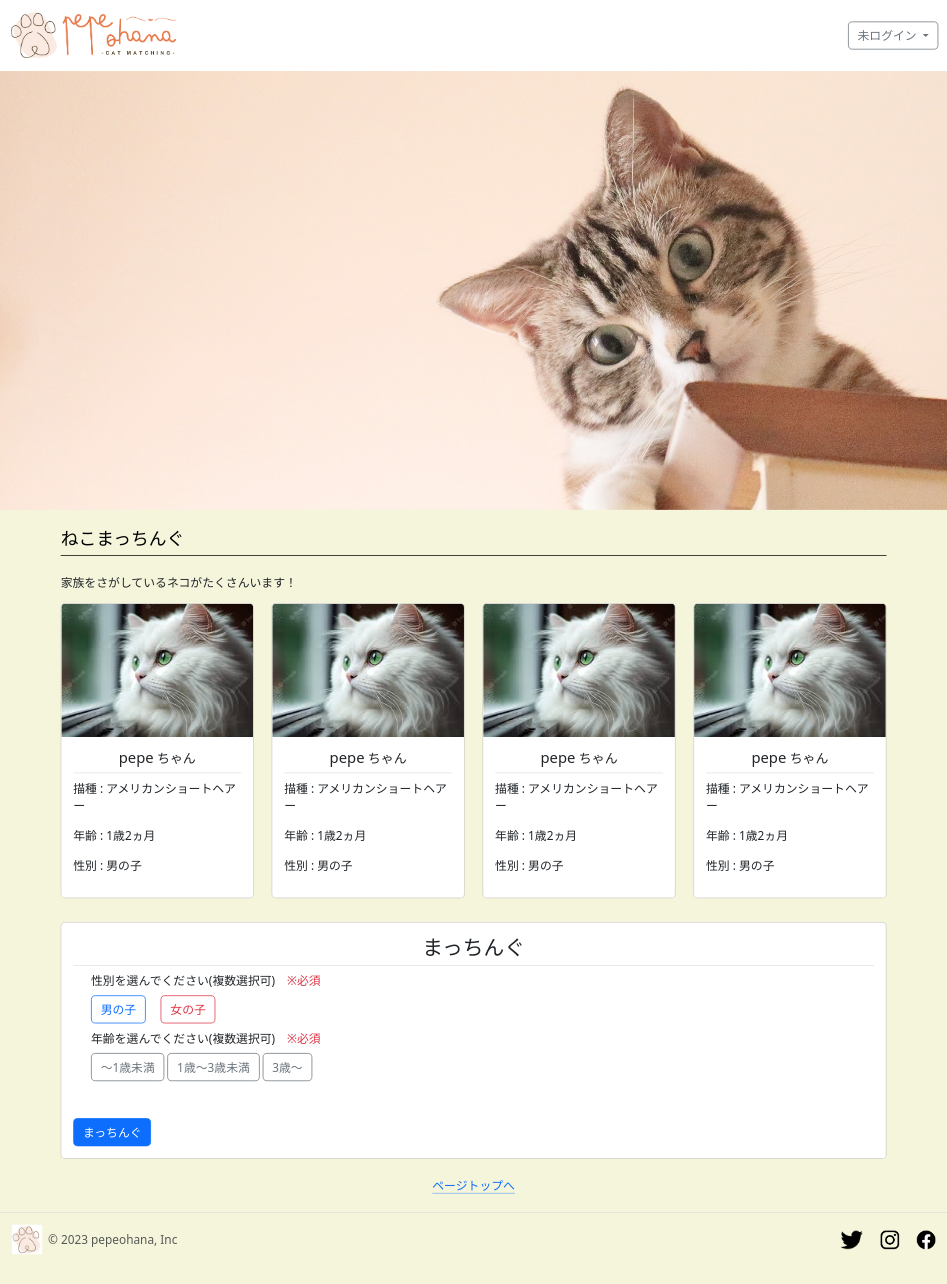
Repository: sakuwell/pepe
Page: http://localhost/PepeOhana/
These files come from the project's save history. The page is drawn as it stood at one moment and after the next save; the edit follows.
The browser window is 1280 px wide. The pictures show the whole page, at 74% of full size.
The page is served by Tomcat 9.

Above is the page before, as saved 2023-09-06 06:30:58.

After the next save:
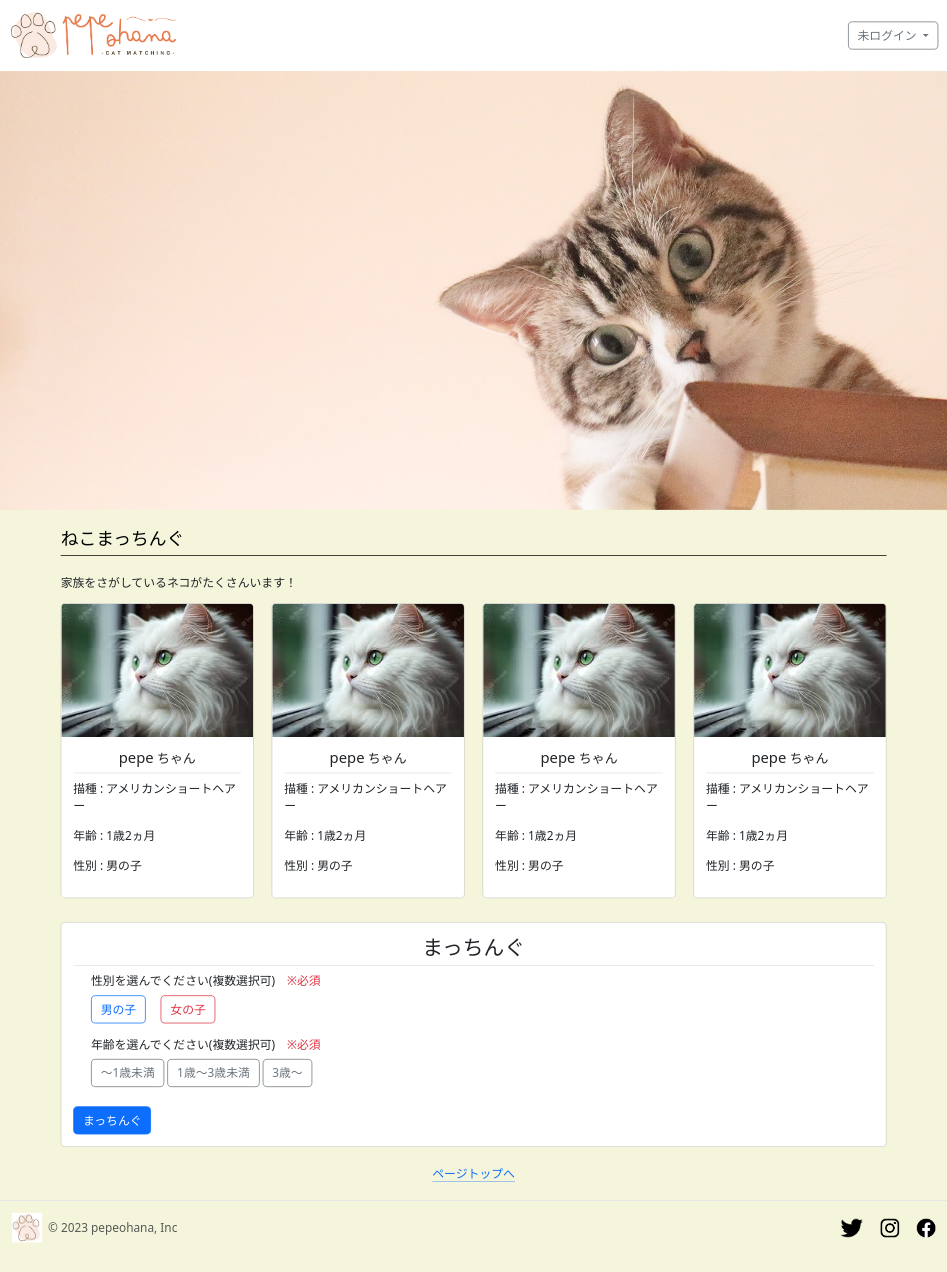
Saved 12 s later.
--- a/ExWorkSpace/PepeOhana/src/main/webapp/index.jsp
+++ b/ExWorkSpace/PepeOhana/src/main/webapp/index.jsp
@@ -153,7 +153,7 @@
 	         		<input type="checkbox" class="btn-check" id="gender_2" autocomplete="off">
 					<label class="btn btn-outline-danger ms-3" for="gender_2">女の子</label>
 				</div>
-         		<div class="form-check mt-2">
+         		<div class="form-check mt-3">
 					<label for="" class="form-label">年齢を選んでください(複数選択可)<span class="text-danger">　※必須</span></label><br>
 	         		<input type="checkbox" class="btn-check" id="age_1" autocomplete="off">
 					<label class="btn btn-outline-secondary" for="age_1">～1歳未満</label>
@@ -162,7 +162,7 @@
 	         		<input type="checkbox" class="btn-check" id="age_3" autocomplete="off">
 					<label class="btn btn-outline-secondary" for="age_3">3歳～</label>
 				</div>
-				<button type="submit" class="btn btn-primary mt-5">まっちんぐ</button>
+				<button type="submit" class="btn btn-primary mt-4">まっちんぐ</button>
 			</form>
 		</div>
 
